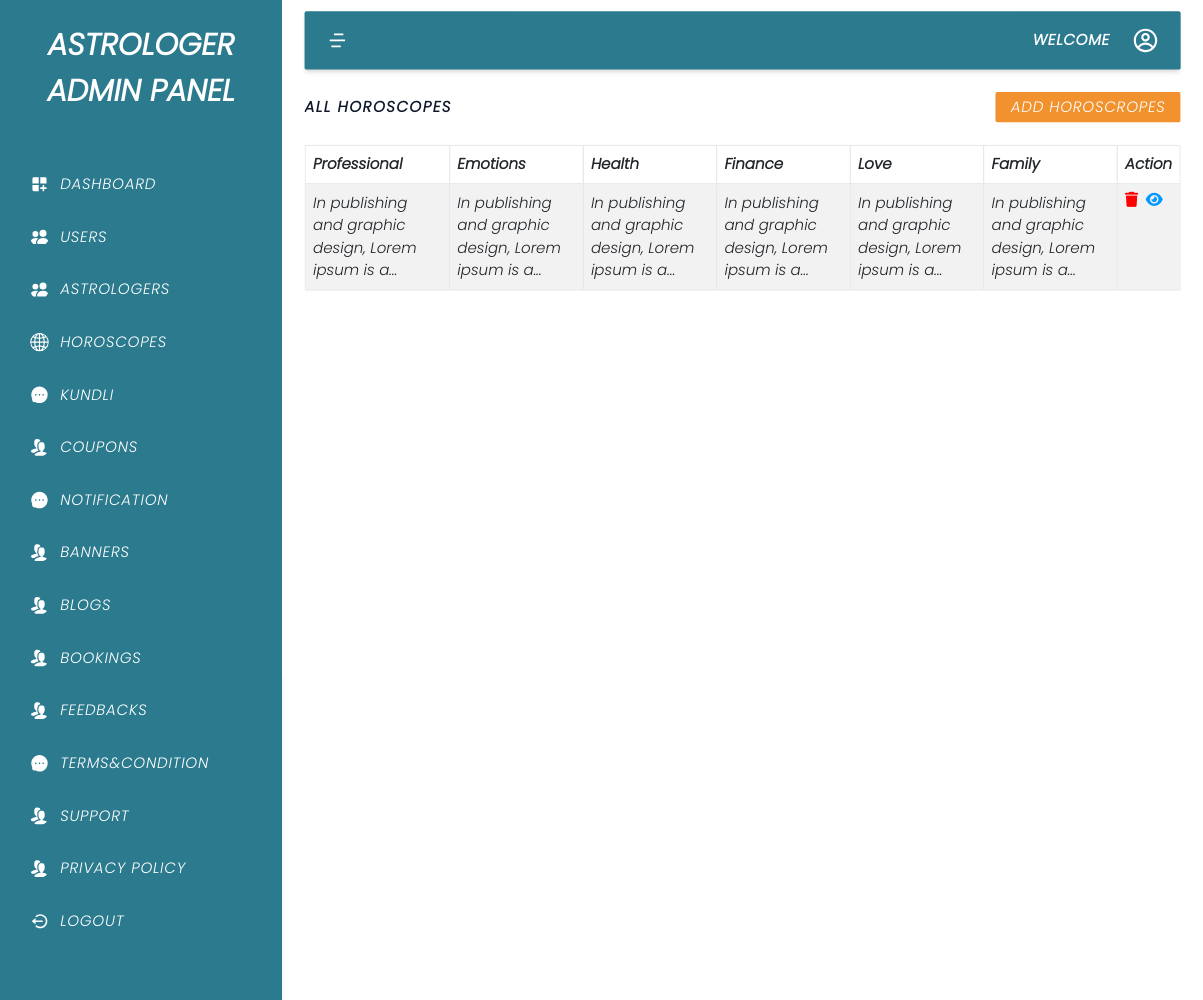
Repository: FlyweisReact/Hariom-Admin-Panel
Page: /horo
An editor plug-in stored every save of this project. The page is shown before and after the next save, followed by the edit.
The browser window is 1280 px wide. The pictures show the whole page, at 94% of full size.
The page's requests for data from a server got no answer. Some web libraries are served in a nearby version. The project was rebuilt for these pictures with package versions that can differ from the ones it lists, and the page was loaded fresh each time. No one was signed in, and anything a server would have sent is missing. Also part of the build but not shown: src/vendorPanel/forms/VendorLogin.jsx, src/vendorPanel/pages/AdminDiscount.js, src/vendorPanel/pages/AdminReview.js, src/vendorPanel/pages/Astrologers.js, src/vendorPanel/pages/Banners.js, src/vendorPanel/pages/Booking.js, src/vendorPanel/pages/Kundli.js, src/vendorPanel/pages/Message.js and 23 more.

Above is the page before, as saved 2023-04-18 13:21:09.

### public/index.html
<!-- @format -->

<!DOCTYPE html>
<html lang="en">
  <head>
    <meta charset="utf-8" />
    <meta name="viewport" content="width=device-width, initial-scale=1" />
    <meta name="theme-color" content="#000000" />
    <meta
      name="description"
      content="Web site created using create-react-app"
    />
    <link rel="apple-touch-icon" href="%PUBLIC_URL%/favicon.ico?v=2" />
    <link rel="manifest" href="%PUBLIC_URL%/manifest.json" />
    <link rel="preconnect" href="https://fonts.googleapis.com">
<link rel="preconnect" href="https://fonts.gstatic.com" crossorigin>
<link href="https://fonts.googleapis.com/css2?family=Roboto+Mono:ital,wght@1,300&display=swap" rel="stylesheet">
    <title>HariOm</title>
  </head>
  <body>
    <noscript>You need to enable JavaScript to run this app.</noscript>
    <div id="root"></div>
    <script src="https://code.jquery.com/jquery-3.6.0.min.js"></script>
    <script src="https://kit.fontawesome.com/b533b351e4.js" crossorigin="anonymous"></script>
  </body>
</html>

### src/index.js
import React from "react";
import ReactDOM from "react-dom/client";
import "./index.css";
import App from "./App";
import { BrowserRouter } from "react-router-dom";
import 'bootstrap/dist/css/bootstrap.min.css'

const root = ReactDOM.createRoot(document.getElementById("root"));
root.render(
  <React.StrictMode>
    <BrowserRouter>
      <App />
    </BrowserRouter>
  </React.StrictMode>
);

### src/index.css
/** @format */

@tailwind base;
@tailwind components;
@tailwind utilities;
@import url("https://fonts.googleapis.com/css2?family=Roboto+Mono:ital,wght@1,300&display=swap");
@font-face {
  font-family: Roboto;
  src: url("./Fonts/Poppins-LightItalic.ttf");
}
body {
  margin: 0;
  font-family: Roboto !important;
  -webkit-font-smoothing: antialiased;
  -moz-osx-font-smoothing: grayscale;
}

code {
  font-family: Roboto !important;
}

html {
  font-family: Roboto !important;
}

::-webkit-scrollbar {
  width: 10px;
}
.fa-trash {
  color: red;
  cursor: pointer;
}

.iCOn {

  transition: 0.5s;
  box-shadow: none;
  transform: scale(1);
}
.cardDiv{
  cursor: pointer;
}

.cardDiv:hover .iCOn{
  box-shadow: rgba(0, 0, 0, 0.35) 0px 5px 15px;
  transform: scale(1.3);
}

/* Track */
::-webkit-scrollbar-track {
  background: #f1f1f1;
}

/* Handle */
::-webkit-scrollbar-thumb {
  background: #888;
}

/* Handle on hover */
::-webkit-scrollbar-thumb:hover {
  background: #555;
}
.profileImage {
  width: 100px;
}
.fa-eye {
  color: #029aff;
  cursor: pointer;
}
.fa-edit {
  cursor: pointer;
  color: blue;
}

.View {
  border: 1px solid black;
  width: 100%;
  padding: 10px;
}

.main-card--container {
  display: grid;
  grid-template-columns: repeat(3, minmax(300px, 500px));
  grid-gap: 50px;
  justify-content: space-around;
}
.card-container {
  margin: 25px 0 auto;
  box-shadow: rgba(0, 0, 0, 0.35) 0px 5px 15px;
  position: relative;
  display: grid;
  grid-template-columns: 1fr;
  justify-content: space-around;
  align-items: flex-start;
}

.myEdit:focus {
  box-shadow: rgba(0, 0, 0, 0.35) 0px 5px 15px;
}



.AstroLogin{
  color: #fff;
  background-color: #2b7a8e;
  padding: 10px;
  width: 380px;
  text-align: center;
  font-size: 20px;
  background: linear-gradient(to left, #2b7a8e 50%, #fff 50%) right;
  background-size: 200%;
  transition: 0.5s ease-out;
  border: 1px solid #2b7a8e;
  margin-top: 10px;
  text-transform: uppercase;
}
.AstroLogin:hover {
  background-position: left;
  color: #2b7a8e;
}

.EcommerceAdminLogin{
  color: #fff;
  background-color: #19376d ;
  padding: 10px;
  width: 380px;
  text-align: center;
  font-size: 20px;
  background: linear-gradient(to left, #19376d 50%, #fff 50%) right;
  background-size: 200%;
  transition: 0.5s ease-out;
  border: 1px solid #19376d;
  margin-top: 10px;
  text-transform: uppercase;
}

.EcommerceAdminLogin:hover{
  background-position: left;
  color: #19376d;
}
.EcommerceVendorLogin{
  color: #fff;
  background-color: #576cbc;
  padding: 10px;
  width: 380px;
  text-align: center;
  font-size: 20px;
  background: linear-gradient(to left, #576cbc 50%, #fff 50%) right;
  background-size: 200%;
  transition: 0.5s ease-out;
  border: 1px solid #576cbc;
  margin-top: 10px;
  text-transform: uppercase;
}

.EcommerceVendorLogin:hover{
  background-position: left;
  color: #576cbc;
}

### src/vendorPanel/pages/Horoscope.js
/** @format */

import React, { useEffect, useState } from "react";
import HOC from "../layout/HOC";
import { Table, Modal, Form, Button } from "react-bootstrap";
import { toast } from "react-toastify";
import axios from "axios";

const Horoscope = () => {
  const [modalShow, setModalShow] = React.useState(false);
  const [edit, setEdit] = useState(false);

  const [data, setData] = useState([]);

  const fetchData = async () => {
    try {
      const { data } = await axios.get(
        "https://xlweh818ib.execute-api.ap-south-1.amazonaws.com/dev/horoscope"
      );
      setData(data)
    } catch (e) {
      console.log(e);
    }
  };


  useEffect(() => {
    fetchData()
  },[])

  function MyVerticallyCenteredModal(props) {
    return (
      <Modal
        {...props}
        size="lg"
        aria-labelledby="contained-modal-title-vcenter"
        centered
      >
        <Modal.Header closeButton>
          <Modal.Title
            id="contained-modal-title-vcenter"
            style={{ textTransform: "uppercase" }}
          >
            {" "}
            Add Horoscope
          </Modal.Title>
        </Modal.Header>
        <Modal.Body>
          {edit ? (
            <>
              <p className="View">
                {" "}
                <strong>Professional</strong> : In publishing and graphic
                design, Lorem ipsum is a placeholder text commonly used to
                demonstrate the visual form of a document or a typeface without
                relying on meaningful content. Lorem ipsum may be used as a
                placeholder before final copy is available{" "}
              </p>
              <p className="View">
                {" "}
                <strong>Emotions</strong> : In publishing and graphic design,
                Lorem ipsum is a placeholder text commonly used to demonstrate
                the visual form of a document or a typeface without relying on
                meaningful content. Lorem ipsum may be used as a placeholder
                before final copy is available{" "}
              </p>
              <p className="View">
                {" "}
                <strong>Health</strong> : In publishing and graphic design,
                Lorem ipsum is a placeholder text commonly used to demonstrate
                the visual form of a document or a typeface without relying on
                meaningful content. Lorem ipsum may be used as a placeholder
                before final copy is available{" "}
              </p>
              <p className="View">
                {" "}
                <strong>Finance</strong> : In publishing and graphic design,
                Lorem ipsum is a placeholder text commonly used to demonstrate
                the visual form of a document or a typeface without relying on
                meaningful content. Lorem ipsum may be used as a placeholder
                before final copy is available{" "}
              </p>
              <p className="View">
                {" "}
                <strong>Love</strong> : In publishing and graphic design, Lorem
                ipsum is a placeholder text commonly used to demonstrate the
                visual form of a document or a typeface without relying on
                meaningful content. Lorem ipsum may be used as a placeholder
                before final copy is available{" "}
              </p>
              <p className="View">
                {" "}
                <strong>Family</strong> : In publishing and graphic design,
                Lorem ipsum is a placeholder text commonly used to demonstrate
                the visual form of a document or a typeface without relying on
                meaningful content. Lorem ipsum may be used as a placeholder
                before final copy is available{" "}
              </p>
            </>
          ) : (
            <Form>
              <Form.Group className="mb-3">
                <Form.Label>Professional</Form.Label>
                <Form.Control type="text" />
              </Form.Group>
              <Form.Group className="mb-3">
                <Form.Label>Emotions</Form.Label>
                <Form.Control type="text" />
              </Form.Group>
              <Form.Group className="mb-3">
                <Form.Label>Health</Form.Label>
                <Form.Control type="text" />
              </Form.Group>
              <Form.Group className="mb-3">
                <Form.Label>Finance</Form.Label>
                <Form.Control type="text" />
              </Form.Group>
              <Form.Group className="mb-3">
                <Form.Label>Love</Form.Label>
                <Form.Control type="text" />
              </Form.Group>
              <Form.Group className="mb-3">
                <Form.Label>Family</Form.Label>
                <Form.Control type="text" />
              </Form.Group>
              <Button variant="outline-success" type="submit">
                Submit
              </Button>
            </Form>
          )}
        </Modal.Body>
      </Modal>
    );
  }

  const Lorem =
    "In publishing and graphic design, Lorem ipsum is a placeholder text commonly used to demonstrate the visual form of a document or a typeface without relying on meaningful content. Lorem ipsum may be used as a placeholder before final copy is available  ";

  return (
    <>
      <MyVerticallyCenteredModal
        show={modalShow}
        onHide={() => setModalShow(false)}
      />

      <section>
        <div className="pb-4 sticky top-0  w-full flex justify-between items-center bg-white">
          <span className="tracking-widest text-slate-900 font-semibold uppercase ">
            ALl Horoscopes
          </span>
          <button
            onClick={() => {
              setEdit(false);
              setModalShow(true);
            }}
            className="md:py-2 px-3 md:px-4 py-1 rounded-sm bg-[rgb(241,146,46)] text-white tracking-wider"
            style={{ textTransform: "uppercase" }}
          >
            Add Horoscropes
          </button>
        </div>

        <Table striped bordered hover>
          <thead>
            <tr>
              <th>Professional</th>
              <th>Emotions</th>
              <th>Health</th>
              <th>Finance</th>
              <th>Love</th>
              <th>Family</th>
              <th>Action</th>
            </tr>
          </thead>
          <tbody>
          {data?.details?.map((i , index) => (
            <tr key={index}>
              <td> {i.horoScope} </td>
              <td> {i.PROFESSION} </td>
              <td> {i.EMOTIONS} </td>
              <td> {i.HEALTH} </td>
              <td> {i.TRAVEL} </td>
              <td> {i.LUCK} </td>
              <td> {i.duration} </td>
              <td> {i.rashi} </td>
              <td> {i.date} </td>
            </tr>
          ))}
            <tr>
              <td> {Lorem.substring(0, 50) + "..."} </td>
              <td> {Lorem.substring(0, 50) + "..."} </td>
              <td> {Lorem.substring(0, 50) + "..."} </td>
              <td> {Lorem.substring(0, 50) + "..."} </td>
              <td> {Lorem.substring(0, 50) + "..."} </td>
              <td> {Lorem.substring(0, 50) + "..."} </td>
              <td>
                <span className="d-flex gap-2">
                  <i
                    className="fa-solid fa-trash"
                    onClick={() =>
                      toast.success("Horoscope Deleted Successfully")
                    }
                  />
                  <i
                    className="fa-solid fa-eye"
                    onClick={() => {
                      setEdit(true);
                      setModalShow(true);
                    }}
                  />
                </span>
              </td>
            </tr>
          </tbody>
        </Table>
      </section>
    </>
  );
};

export default HOC(Horoscope);

### src/vendorPanel/layout/HOC.jsx
import React, { useState } from "react";
import Navbar from "./Navbar";
import Sidebar from "./Sidebar";

const HOC = (Wcomponenet) => {
  return function Component() {
    const [hamb, setHamb] = useState(false);
    return (
      <>
        <section className="flex overflow-x-hidden relative">
          {/* Sidebar */}
          <div
            className={
              hamb
                ? " absolute top-0 z-30 md:w-auto shadow-md bg-slate-200  w-60 transition-all md:-left-full left duration-150  h-auto overflow-y-auto  left-0 "
                : " md:w-72 z-30 bg-slate-200  shadow-md  md:static absolute top-0 -left-full   transition-all duration-150  overflow-y-auto h-auto"
            }
            style={{minWidth : '300px'}}
          >
            <Sidebar hamb={hamb} setHamb={setHamb} />
          </div>
          {/* Components & Navbar */}
          <div
            className={
              hamb
                ? " transition-all px-4 py-2  bg-white duration-150 w-full h-screen"
                : " w-full h-screen  px-4 py-2  bg-white z-50 transition-all duration-150 "
            }
          >
            <Navbar hamb={hamb} setHamb={setHamb} />
            <div className="my-6 text-#000 h-[87%] wcomp overflow-y-auto">
              <Wcomponenet />
            </div>
          </div>
        </section>
      </>
    );
  };
};

export default HOC;

### src/vendorPanel/layout/Navbar.jsx
/** @format */

import { RiMenu4Line } from "react-icons/ri";
import { CgProfile } from "react-icons/cg";
import Form from "react-bootstrap/Form";
import { useState } from "react";
import Button from "react-bootstrap/Button";
import Modal from "react-bootstrap/Modal";
import Container from "react-bootstrap/Container";

function MyVerticallyCenteredModal(props) {
  return (
    <Modal
      {...props}
      size="lg"
      aria-labelledby="contained-modal-title-vcenter"
      centered
    >
      <Modal.Header closeButton>
        <Modal.Title id="contained-modal-title-vcenter">
          Edit Profile
        </Modal.Title>
      </Modal.Header>
      <Modal.Body>
        <Container style={{ width: "600px" }}>
          <Form>
            <Form.Group className="mb-3" controlId="formBasicEmail">
              <Form.Label>Name</Form.Label>
              <Form.Control type="text" placeholder="Admin" />
            </Form.Group>
            <Form.Group className="mb-3" controlId="formBasicPassword">
              <Form.Label>Email Address</Form.Label>
              <Form.Control type="email" placeholder="admin@gmail.com" />
            </Form.Group>
            <Form.Group className="mb-3" controlId="formBasicPassword">
              <Form.Label>Password</Form.Label>
              <Form.Control type="password" placeholder="Password" />
            </Form.Group>
            <Button variant="outline-success" type="submit">
              Edit
            </Button>
          </Form>
        </Container>
      </Modal.Body>
    </Modal>
  );
}

const Navbar = ({ hamb, setHamb }) => {
  const [modalShow, setModalShow] = useState(false);

  return (
    <>
      <MyVerticallyCenteredModal
        show={modalShow}
        onHide={() => setModalShow(false)}
      />

      <div
        className={
          hamb
            ? "flex  w-full justify-between  my-1 rounded-sm  p-4 py-3 shadow-md items-center  bg-slate-200 space-x-4"
            : "flex  w-full justify-between my-1 rounded-sm  p-4 py-3 shadow-md items-center  bg-slate-200 space-x-4"
        }
        style={{backgroundColor : '#2b7a8e'}}
      >
        <RiMenu4Line
          onClick={() => setHamb(!hamb)}
          className="text-2xl font-bold text-gray-900 hover:scale-90 cursor-pointer"
          style={{color : '#fff'}}
        />

        <section className="flex sm:ml-auto justify-end sm:w-full items-center space-x-2  pr-2">
          <figcaption className="tracking-wider pl-1 font-semibold">
            <div className="lg:text-base text-sm text-gray-900  uppercase"    style={{color : '#fff'}}>
              Welcome
            </div>
          </figcaption>
        </section>

        <CgProfile
          onClick={() => setModalShow(true)}
          className="text-2xl sm:text-3xl font-bold text-[rgb(241,146,46)] cursor-pointer"
          style={{color : '#fff'}}
        />
      </div>
    </>
  );
};

export default Navbar;

### src/vendorPanel/layout/Sidebar.jsx
/** @format */

import React from "react";
import { RiCloseLine } from "react-icons/ri";
import { Link, useNavigate } from "react-router-dom";
import { BsFillPeopleFill } from "react-icons/bs";
import { ImUsers } from "react-icons/im";
import { BiLogOutCircle } from "react-icons/bi";
import { MdDashboardCustomize } from "react-icons/md";
import { BsGlobe2 } from "react-icons/bs";
import { AiFillMessage } from "react-icons/ai";

const Sidebar = ({ hamb, setHamb }) => {
  const navigate = useNavigate();

  const nav = [
    {
      icon: <MdDashboardCustomize className="text-xl mr-3 rounded-full " />,
      link: "/vendorDashboard",
      name: "DASHBOARD",
    },
    {
      icon: <BsFillPeopleFill className="text-xl mr-3 rounded-full " />,
      link: "/admin/users",
      name: "USERS",
    },
    {
      icon: <BsFillPeopleFill className="text-xl mr-3 rounded-full " />,
      link: "/astro",
      name: "ASTROLOGERS",
    },
    {
      icon: <BsGlobe2 className="text-xl mr-3 rounded-full " />,
      link: "/horo",
      name: " HOROSCOPES",
    },
    {
      icon: <AiFillMessage className="text-xl mr-3 rounded-full " />,
      link: "/kundli",
      name: "KUNDLI",
    },

    {
      icon: <ImUsers className="text-xl mr-3 rounded-full " />,
      link: "/AdminDiscount",
      name: "COUPONS",
    },


    {
      icon: <AiFillMessage className="text-xl mr-3 rounded-full " />,
      link: "/msg",
      name: "NOTIFICATION",
    },
    {
      icon: <ImUsers className="text-xl mr-3 rounded-full " />,
      link: "/Banners",
      name: "BANNERS",
    },
    {
      icon: <ImUsers className="text-xl mr-3 rounded-full " />,
      link: "/admin/blogs",
      name: "BLOGS",
    },
    {
      icon: <ImUsers className="text-xl mr-3 rounded-full " />,
      link: "/book",
      name: "BOOKINGS",
    },
    {
      icon: <ImUsers className="text-xl mr-3 rounded-full " />,
      link: "/adminReviews",
      name: "FEEDBACKS",
    },
    {
      icon: <AiFillMessage className="text-xl mr-3 rounded-full " />,
      link: "/admin/terms",
      name: "TERMS&CONDITION",
    },
    {
      icon: <ImUsers className="text-xl mr-3 rounded-full " />,
      link: "/admin/support",
      name: "SUPPORT",
    },
    {
      icon: <ImUsers className="text-xl mr-3 rounded-full " />,
      link: "/privacy-policy",
      name: "PRIVACY POLICY",
    },

  ];

  const logOut = () => {
    navigate("/");
  };

  return (
    <>
      <aside
        className="p-4 h-auto"
        style={{ backgroundColor: "#2b7a8e", minHeight: "100vh" }}
      >
        {/* Top */}
        <div className="w-full md:hidden relative  p-2 mb-4">
          <RiCloseLine
            onClick={() => setHamb(!hamb)}
            className="text-3xl  absolute top-2 sm:hover:rotate-[228deg] transition-transform font-bold right-2 sm:hover:text-[22px] text-[rgb(241,146,46)] cursor-pointer"
          />
        </div>{" "}
        <figure className="flex  flex-col items-center">
          <span className="font-bold text-[#fff]" style={{ fontSize: "2rem"  , textAlign : 'center'}}>
          ASTROLOGER  ADMIN PANEL
          </span>
        </figure>
        <nav className="py-6">
          {nav.map((nav) => {
            return (
              <Link
                to={nav.link}
                key={nav.name}
                className=""
                style={{ textDecoration: "none" }}
              >
                <span
                  className="flex my-3 items-center cursor-pointer text-gray-900    tracking-wider p-2 rounded-sm"
                  style={{ color: "#fff" }}
                >
                  {nav.icon} {nav.name}
                </span>
              </Link>
            );
          })}
          <span
            className="flex my-3 items-center cursor-pointer text-gray-900    tracking-wider p-2 rounded-sm"
            onClick={() => logOut()}
            style={{ color: "#fff", textTransform : 'uppercase' }}
          >
            <BiLogOutCircle className="text-xl mr-3 rounded-full " /> LogOut
          </span>
        </nav>
      </aside>
    </>
  );
};

export default Sidebar;

Loaded but not shown: tailwind.config.js (common file); src/App.js (79 lines, source omitted)

After the next save:
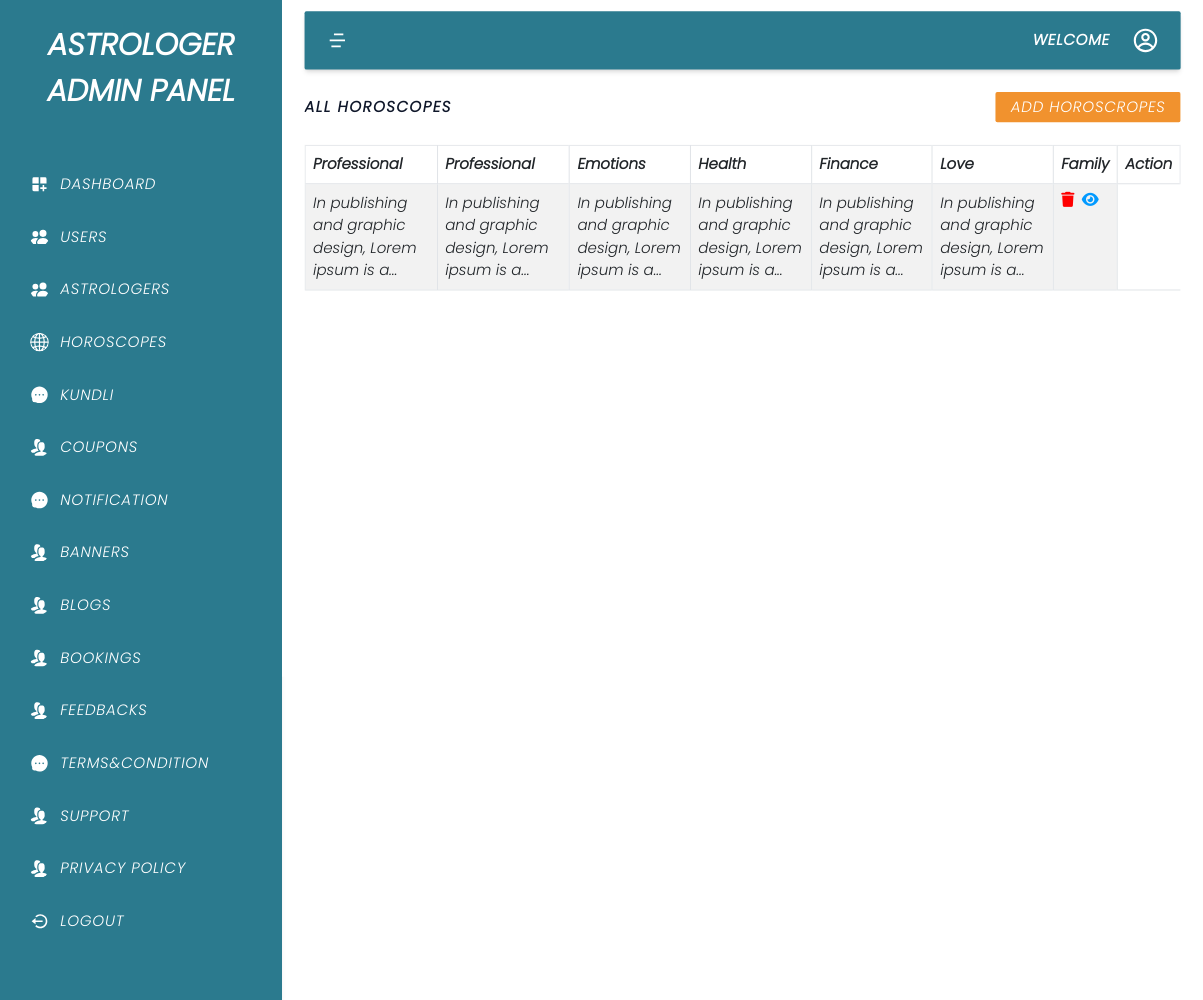
Saved 14 s later.
--- a/src/vendorPanel/pages/Horoscope.js
+++ b/src/vendorPanel/pages/Horoscope.js
@@ -163,6 +163,7 @@ const Horoscope = () => {
         <Table striped bordered hover>
           <thead>
             <tr>
+              <th>Professional</th>
               <th>Professional</th>
               <th>Emotions</th>
               <th>Health</th>
